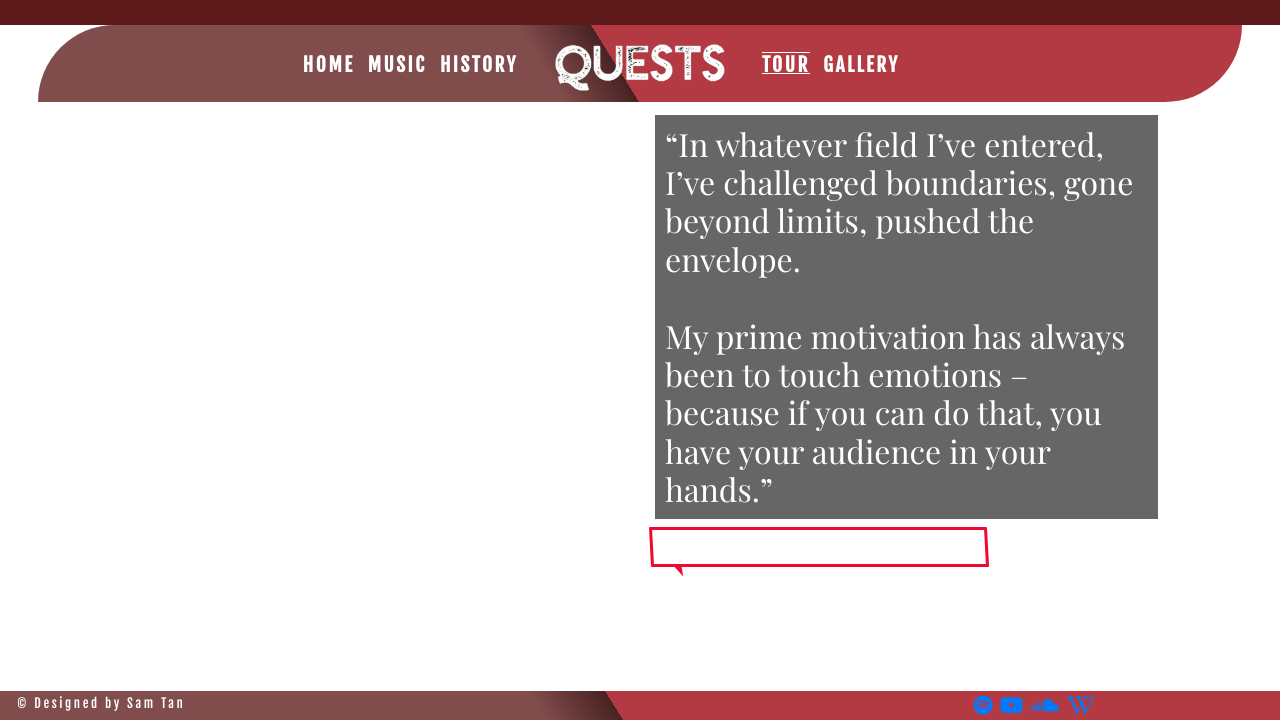
Repository: SamLookingGlass/User-Centric-Frontend-Development-Project
Page: tour.html
The author's editor kept a record of every edit. The page is drawn from the files as they stood at one moment, then again after the next edit.
The browser window is 1280 px wide. The pictures show the whole page.
Some web libraries are served in a nearby version.

Above is the page before.

### tour.html
<!doctype html>
<html lang="en">

<head>
    <!-- Required meta tags -->
    <meta charset="utf-8">
    <meta name="viewport" content="width=device-width, initial-scale=1, shrink-to-fit=no">

    <!-- Bootstrap CSS -->
    <link rel="stylesheet" href="https://maxcdn.bootstrapcdn.com/bootstrap/4.0.0/css/bootstrap.min.css" integrity="sha384-Gn5384xqQ1aoWXA+058RXPxPg6fy4IWvTNh0E263XmFcJlSAwiGgFAW/dAiS6JXm" crossorigin="anonymous">

    <!-- Google Fonts CSS -->
    <link href="https://fonts.googleapis.com/css?family=Fjalla+One&display=swap" rel="stylesheet">
    <link href="https://fonts.googleapis.com/css?family=Amatic+SC&display=swap" rel="stylesheet">
    <link href="https://fonts.googleapis.com/css?family=Playfair+Display&display=swap" rel="stylesheet">

    <!-- Font Awesoe CSS -->
    <link rel="stylesheet" href="https://cdnjs.cloudflare.com/ajax/libs/font-awesome/4.7.0/css/font-awesome.min.css">

    <!-- Own Stylesheet -->
    <link href="style.css" rel="stylesheet" type="text/css" />

    <title>The Quests Official - Tour</title>
</head>

<body id="borderhome">
    <!--<div class="container-fluid" style="height:2vw"></div>-->
    <nav class="fontnew" id="navbg">
        <div class="container-fluid">
            <div class="row d-lg-flex">
                <div class="col-5 navnew navleft d-flex justify-content-end">
                    <ul class="d-flex">
                        <li><a href="home.html">HOME</a></li>
                        <li><a href="music.html">MUSIC</a></li>
                        <li><a href="history.html">HISTORY</a></li>
                    </ul>
                </div>
                <div class="col-2 d-lg-flex justify-content-center">
                    <a class="" href="home.html">
                     <img id="navlogo" class="img-fluid" src="images/logo/logo.png" alt="Quests Logo">
                </a>
                </div>
                <div class="col-5 navnew navright d-lg-flex justify-content-start">
                    <ul class="d-flex">
                        <li id="active"><a href="tour.html">TOUR</a></li>
                        <li><a href="gallery.html">GALLERY</a></li>
                    </ul>
                </div>
            </div>
        </div>
    </nav>
    <section>
        <div style="height:420pt" class="container-fluid">
            <div class="row">
                <div class="col-1"></div>
                <div class="col-5"></div>
                <div class="col-5 fonttypo">
                    <div>
                        <h2 class="cardbod cardbod-tour">
                            “In whatever field I’ve entered, I’ve challenged boundaries, gone beyond limits, pushed the envelope.
                            <br>
                            <br> My prime motivation has always been to touch emotions – because if you can do that, you have your audience in your hands.”
                            <br>
                        </h2>
                        <h3 class="blockheader1 ">
                            - Vernon Cornelius, Lead Singer
                        </h3>
                    </div>
                    <div class="col-1"></div>
                </div>
            </div>
    </section>

    <footer class="fixed-bottom fontfooter" id="navbg1">
        <div class="container-fluid">
            <div class="row">
                <div class="col-3">© Designed by Sam Tan </div>
                <div class="col-6 d-lg-flex justify-content-center"></div>
                <div class="col-3">
                    <!--<a href=""><i class="fa fa-facebook-square" style="font-size:22px"></i></a>-->
                    <a href="https://open.spotify.com/artist/4AOgY5YwQw4d5pgEX3f56A" target="_blank"><i class="fa fa-spotify" style="font-size:22px"></i></a>
                    <a href="https://www.youtube.com/user/JoeWuSeattleWaUSA/featured" target="_blank"><i class="fa fa-youtube-play" style="font-size:22px"></i></a>
                    <a href="https://soundcloud.com/user-73693220/keith-locke-the-quests-dont-1" target="_blank"><i class="fa fa-soundcloud" style="font-size:22px"></i></a>
                    <a href="https://en.wikipedia.org/wiki/The_Quests" target="_blank"><i class="fa fa-wikipedia-w" style="font-size:22px"></i></a>
                </div>
            </div>
        </div>
    </footer>

    <!-- Optional JavaScript -->
    <!-- jQuery first, then Popper.js, then Bootstrap JS -->
    <script src="https://code.jquery.com/jquery-3.2.1.slim.min.js" integrity="sha384-KJ3o2DKtIkvYIK3UENzmM7KCkRr/rE9/Qpg6aAZGJwFDMVNA/GpGFF93hXpG5KkN" crossorigin="anonymous"></script>
    <script src="https://cdnjs.cloudflare.com/ajax/libs/popper.js/1.12.9/umd/popper.min.js" integrity="sha384-ApNbgh9B+Y1QKtv3Rn7W3mgPxhU9K/ScQsAP7hUibX39j7fakFPskvXusvfa0b4Q" crossorigin="anonymous"></script>
    <script src="https://maxcdn.bootstrapcdn.com/bootstrap/4.0.0/js/bootstrap.min.js" integrity="sha384-JZR6Spejh4U02d8jOt6vLEHfe/JQGiRRSQQxSfFWpi1MquVdAyjUar5+76PVCmYl" crossorigin="anonymous"></script>
</body>

</html>

### style.css
/*Sanity Checks*/
.blue {
    background-color:blue;

}
.bod {
    border:solid 1px black;
}

.shadow-black {
    text-shadow: 2px 2px black;
}

.shadow-grey {
    text-shadow: 2px 1px grey;
}

/*Home Styling*/
.cardbod {
    margin-top:7vw;
    padding:0.5vw;
    display: flex;
    flex-direction: column;
}

/*Arrow Test https://codepen.io/raf187/pen/BvgGRQ*/
.red {
    margin-top:17vw;
}
body{
  margin-top: 0;
  padding: 0;
}
.arrow{
    position: absolute;
    top: 50%;
    left: 50%;
    transform: translate(-50%,-50%);
}
.arrow span{
    display: block;
    width: 30px;
    height: 30px;
    border-bottom: 5px solid rgb(158,2,13,0.7);
    border-right: 5px solid rgb(158,2,13,0.7);
    transform: rotate(45deg);
    margin: -12px;
    animation: animate 2s infinite;
}
.arrow span:nth-child(2){
    animation-delay: -0.2s;
}
.arrow span:nth-child(3){
    animation-delay: -0.4s;
}

@keyframes animate {
    0%{
        opacity: 0;
        transform: rotate(45deg) translate(-20px,-20px);
    }
    50%{
        opacity: 1;
    }
    100%{
        opacity: 0;
        transform: rotate(45deg) translate(20px,20px);
    }
}

/**/
#borderhome {
    border-top: solid 2vw rgb(94,26,26);
}

/*Parralax Scrolling */
.parralax {
    background-color:teal;
    height:480pt;
    background-attachment: fixed;
    background-position: center;
    background-repeat: no-repeat;
    background-size: cover;
}

.notparralax {
    background-image:url("images/background/background3.jpg");
    height:400pt;
    background-attachment: fixed;
    background-position: center;
    background-repeat: no-repeat;
    background-size: cover;
}

.notparralax div {
    padding-top:1vw;
}

#navbg {
    background:rgb(94,26,26);
    background:linear-gradient(58deg, rgba(94,26,26,0.78) 42%, rgba(52,10,10,0.9) 48%, rgba(158,2,13,0.78) 48%);
    /*margin: 0 3vw; */
    border-radius:15vw 0 15vw 0;
    position:absolute;
    z-index:1;
    left:0;
    right:0;
    margin:auto 3vw;
}

#navbg1 {
    background:rgb(94,26,26);
    background:linear-gradient(58deg, rgba(94,26,26,0.78) 42%, rgba(52,10,10,0.9) 48%, rgba(158,2,13,0.78) 48%);
    /*margin: 0 2vw; */
    /*border-radius:15vw 15vw 0 0;*/
}

.navbgz {
        position:absolute;
        z-index:1;
}
#active {
    text-decoration: underline overline;
}

.badgedesign {
    margin:10pt;
    padding:10pt;
    border: solid white 2pt;
    background-color:rgba(0, 0, 0, 0.6);
}

#navlogo {
   filter: invert(1);
   padding-top: 1.5vw;
}
.navnew li a {
    color: white;
}

.navnew li a:hover {
    text-decoration: underline overline;
}

.navnew li {
    text-decoration: none;
    list-style: none;
    padding-top: 1.5vw;
    margin: 5pt;
    font-size: 1.5vw;
    font-weight: bold;
}

.navright ul {
    position: relative;
    padding-left:0;
}

.navleft ul {
    position: relative;
    padding-right:0;
}

.fontnew {
    color:white;
    font-size: 1.3vw;
    font-family: 'Fjalla One', sans-serif;
    letter-spacing:0.2vw;

}

.fonttypo {
    font-family: 'Playfair Display', serif;
    color:white;
    font-size: 1vw;
    font-weight:bolder;
}

.fontfooter {
    color:white;
    font-size: 1vw;
    font-family: 'Fjalla One', sans-serif;
    letter-spacing:0.2vw;
    padding:0.18vw;
}

.logos i {
    padding-right:0.2vw;
    color:white;
    font-size:22px;
}

.logos i:hover {
    color:black;
}

#sec1 h1, p{
    padding:5pt;
    margin:10pt;
}

#videobg {
    z-index: -1;
    position: fixed;
    right: 0;
    bottom: 0;
    min-width: 100%;
    min-height: 120%;
}

@media (min-aspect-ratio: 16/9) {
    #videobg {
        width: 100%;
        height: auto;
    }
}

@media (min-aspect-ratio: 16/9) {
    #videobg {
        width: auto;
        height: 100%;
    }
}

/*edit size*/
@media (max-width: 200px) {
    #videobg {
        display: none;
    }
    body {
        background: url("");
        background-size: cover;
    }
}

/*Newsletter Form*/
/*To reference DNCE*/
.formbackground {
    margin-top:5vw;
    background-color:rgba(0, 0, 0, 0.8);
    padding:2vw;
}
#formcta {
    text-align: center;
    line-height: 1;
    cursor: pointer;
    vertical-align: middle;
    padding: .85em 1em;
    color: #fefefe;
    font-weight: 700;
    border-radius: 1px;
    margin: 0 10px 0 auto;
    border: none;
    transition: background .2s ease-in-out;
    font-size: 1rem;
    outline: 0;
    letter-spacing: .1em;
    text-transform: uppercase;
}

/*To reference DNCE*/
.blockheader1 {
    display: inline-block;
    font-family: "Amatic SC",cursive;
    font-weight: 700;
    border: 3px solid #f00833;
    color: white;
    padding: 0 1.125rem;
    margin: 0;
    border-radius: 1px;
    clear: both;
    letter-spacing: .05em;
    text-align: left;
    width: auto;
    text-transform: uppercase;
    position: relative;
    left: -1%;
    transform: skew(3deg);
}
.blockheader1::after {
    content: '';
    width: 0;
    height: 0;
    top: auto;
    border-style: solid;
    border-width: 12px 0 0 8px;
    border-color: #f00833 transparent transparent;
    position: absolute;
    bottom: -13px;
    left: 6%;
    z-index: 0;
    transform: rotate(-7deg);
}

#red-font {
    color: #f00833;
}

/*Gallery Styling*/


.fonttypo-gallery {
    font-family: 'Playfair Display', serif;
    color:rgb(158,2,13);
    font-size: 1vw;
    font-weight:bolder;
}

/*Reference for Gallery Images https://codepen.io/ozzy21/pen/JqgrvP*/

#gallerybod {
  margin: 0;
  padding: 0;
}
.container {
  width: 100%;
  display: grid;
  grid-auto-flow: dense;
  grid-template:
    "1fr 1fr 1fr 1fr 1fr" 33.33vh
    "1fr 1fr 1fr 1fr 1fr" 33.33vh
    "1fr 1fr 1fr 1fr 1fr" 33.33vh;
}

.container .box {
  position: relative;
  background: #ccc;
}
.container .box.a {
  grid-row: span 2;
}
.container .box.b,
.container .box.f,
.container .box.h,
.container .box.j {
  grid-column: span 2;
}
.container .box img {
  position: absolute;
  top: 0;
  left: 0;
  width: 100%;
  height: 100%;
  object-fit: cover;
}
@media (max-width: 991px) {
  .container {
    grid-template:
      "1fr 1fr 1fr" 250px
      "1fr 1fr 1fr" 250px
      "1fr 1fr 1fr" 250px
      "1fr 1fr 1fr" 250px
      "1fr 1fr 1fr" 250px;
  }
}
@media (max-width: 768px) {
  .container {
    grid-template:
      "1fr 1fr" 200px
      "1fr 1fr" 200px
      "1fr 1fr" 200px
      "1fr 1fr" 200px
      "1fr 1fr" 200px
      "1fr 1fr" 200px
      "1fr 1fr" 200px;
  }
}
.container .box.h {
  grid-column: span 1;
}

/*Music Styling*/
.cardbod-left {
    margin-top:13.1vw;
}

.cardbod-right {
    margin-top:9.1vw;
}

.cardbod-right div{
    margin:0.2vw;
}

.music-background {
    background-image: url("images/background/background4.jpg");
    background-position: center;
    background-repeat: no-repeat;
    background-size: cover;
    z-index:-1;
}

/*Tour Styling*/
.tour-background {
    background-image: url("images/background/background2.jpg");
    background-position: center;
    background-repeat: no-repeat;
    background-size: cover;
    z-index:-1;
}

.cardbod-tour {
    background-color: rgba(0,0,0,0.6);
    padding:10px;
}


.albumclass td img {
    width:6vw;
    margin-right:2vw;
    box-shadow: 0 4px 8px 0 rgba(0, 0, 0, 0.4), 0 10px 20px 0 rgba(0, 0, 0, 0.4);
}

.table th, .table td {
  vertical-align: baseline;
}

.table {
    margin-bottom:0;
}

/*History Styling*/
.history-background {
    background-image: url("images/gallery/image8.jpg");
    background-position: center;
    background-repeat: no-repeat;
    background-size: cover;
    z-index:-1;
}

.cardbod-left-history {
    margin-top:11.1vw;
}

.fonttypo-history {
    font-family: 'Playfair Display', serif;
    color:rgb(158,2,13);
    font-size: 1.5vw;
    font-weight:bolder;
}

After the next edit:
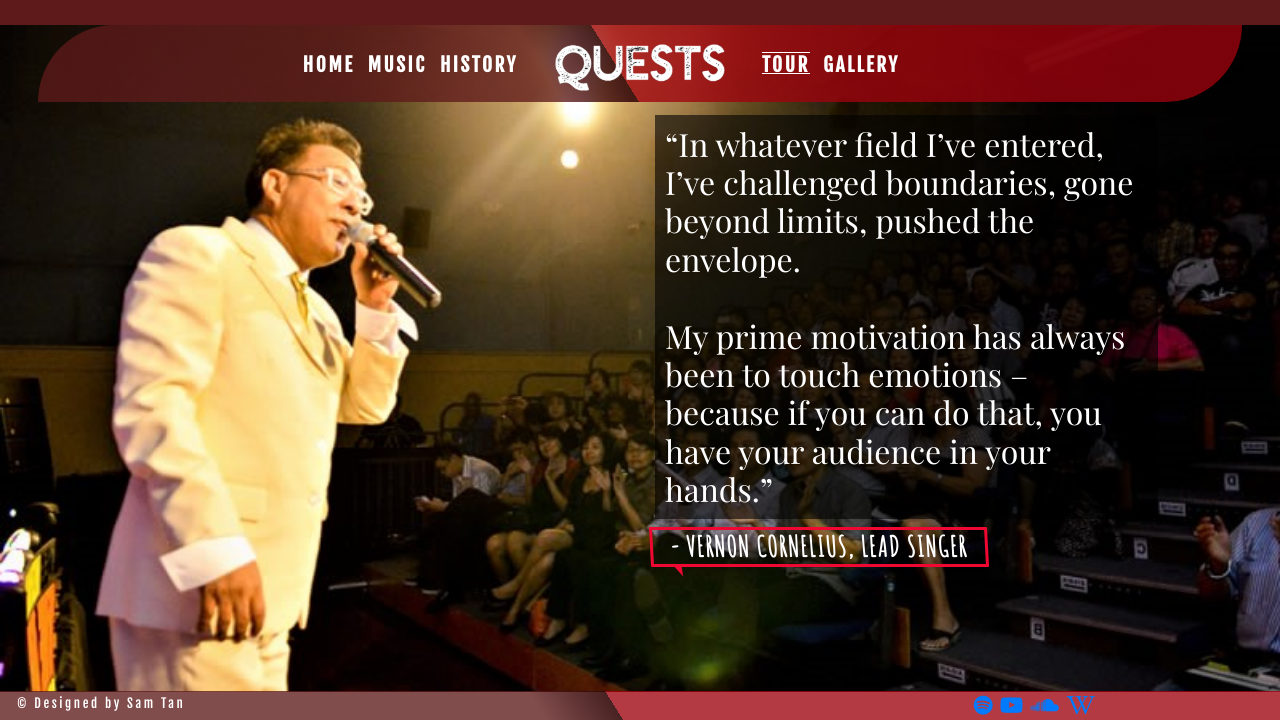
The edit:
--- a/tour.html
+++ b/tour.html
@@ -49,8 +49,8 @@
             </div>
         </div>
     </nav>
-    <section>
-        <div style="height:420pt" class="container-fluid">
+    <section class="tour-background">
+        <div style="height:500pt" class="container-fluid">
             <div class="row">
                 <div class="col-1"></div>
                 <div class="col-5"></div>
